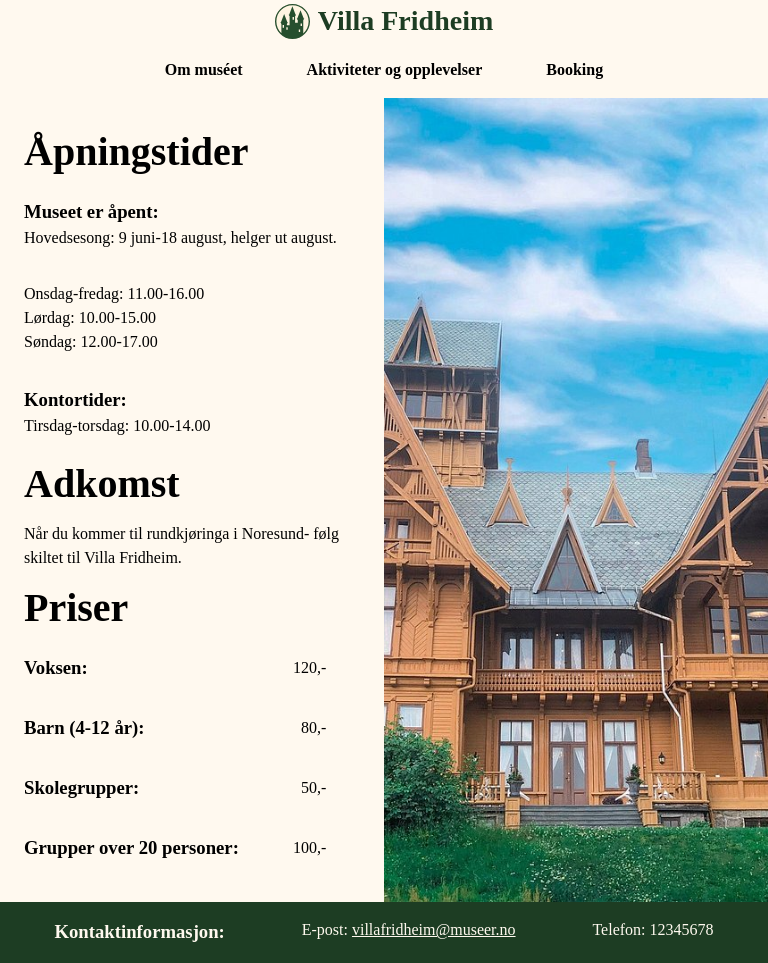
Repository: IdaHolmen/villa-fridheim
Page: src/info.html
These files come from the project's save history. The page is drawn as it stood at one moment and after the next save; the edit follows.
The browser window is 768 px wide. The pictures show the whole page.
Some web fonts or font styles are not loaded; a fallback is used.

Above is the page before, as saved 2024-10-15 14:32:23.

### src/info.html
<!DOCTYPE html>
<html lang="en">
    <head>
        <meta charset="UTF-8" />
        <meta name="viewport" content="width=device-width, initial-scale=1.0" />

        <link rel="icon" type="image/x-icon" href="../assets/villa-fridheim-logo.svg" />

        <title>Villa Fridheim</title>
        <link rel="stylesheet" type="text/css" href="../css/reset.css" />
        <link rel="stylesheet" type="text/css" href="../css/style.css" />
        <link rel="stylesheet" type="text/css" href="../css/media-queries.css" />
    </head>
    <body>
        <header>
            <div class="headline-container">
                <a href="../index.html" id="home-button">
                    <img src="../assets/villa-fridheim-logo.svg" alt="Omrisset av et eventyrslott" class="main-logo" />
                    <h1 class="main-headline">Villa Fridheim</h1>
                </a>
            </div>

            <nav class="nav-bar">
                <a href="about.html" class="nav-link">Om muséet</a>
                <a href="activities.html" class="nav-link">Aktiviteter og opplevelser</a>
                <a href="booking.html" class="nav-link">Booking</a>
            </nav>
        </header>

        <main class="main-container">
            <section class="reverse-section">
                <div class="text-container">
                    <article class="activities">
                        <h2 class="section-headline">Åpningstider</h2>
                        <div class="hours">
                            <h3>Museet er åpent:</h3>
                            <p>Hovedsesong: 9 juni-18 august, helger ut august.</p>
                        </div>

                        <div class="hours">
                            <p>Onsdag-fredag: 11.00-16.00</p>
                            <p>Lørdag: 10.00-15.00</p>
                            <p>Søndag: 12.00-17.00</p>
                        </div>

                        <div class="hours">
                            <h3>Kontortider:</h3>
                            <p>Tirsdag-torsdag: 10.00-14.00</p>
                        </div>
                    </article>

                    <article class="activities">
                        <h2 class="section-headline">Adkomst</h2>
                        <p>Når du kommer til rundkjøringa i Noresund- følg skiltet til Villa Fridheim.</p>
                    </article>

                    <article class="activities">
                        <h2 class="section-headline">Priser</h2>
                        <div class="price-element">
                            <span><h3>Voksen:</h3></span>
                            <span>120,-</span>
                        </div>
                        <div class="price-element">
                            <span><h3>Barn (4-12 år):</h3></span>
                            <span>80,-</span>
                        </div>
                        <div class="price-element">
                            <span><h3>Skolegrupper:</h3></span>
                            <span>50,-</span>
                        </div>
                        <div class="price-element">
                            <span><h3>Grupper over 20 personer:</h3></span>
                            <span>100,-</span>
                        </div>
                    </article>
                </div>

                <div class="image-container">
                    <img
                        src="../assets/outside-image3.jpg"
                        alt="A living room decorated with an 1800's style"
                        class="page-image"
                    />
                </div>
            </section>
        </main>

        <footer class="footer">
            <h3>Kontaktinformasjon:</h3>
            <p>
                E-post:
                <a href="" id="email-element">villafridheim@museer.no</a>
            </p>
            <p>Telefon: 12345678</p>
        </footer>
    </body>
</html>

### css/reset.css
*, *::before, *::after {
	box-sizing: border-box;
  }

* {
	margin: 0;
	padding: 0;
}

body {
	line-height: 1.5;
	-webkit-font-smoothing: antialiased;
}

img, picture, video, canvas, svg {
	display: block;
	max-width: 100%;
}

input, textarea, select {
	font: inherit;
}

p, h1, h2, h3, h4, h5, h6 {
	overflow-wrap: break-word;
}

#root, #__next {
	isolation: isolate;
}

button {
	font: inherit;
	background: transparent;
	border: none;
	cursor: pointer;
	touch-action: manipulation;
}

a {
	color: inherit;
	text-decoration: none;
}

### css/style.css
@import url('https://fonts.googleapis.com/css2?family=Caudex:ital,wght@0,400;0,700;1,400;1,700&display=swap');

:root {
    --primary-color: #fff9ef;
    --secondary-color: #1d3d23;
}

/* BODY STYLING */
body {
    height: 100vh;
    width: 100%;
    display: flex;
    flex-direction: column;
    background-color: var(--primary-color);
    font-family: 'Caudex', 'Times New Roman', Times, serif;
}

/* HEADER STYLING */
header {
    display: flex;
    flex-direction: row;
    justify-content: center;
    align-items: center;
    background: var(--primary-color);
    color: var(--secondary-color);
    flex-basis: 10%;
}

.headline-container {
    flex-basis: 25%;
    display: flex;
    justify-content: center;
    align-items: center;
    flex-direction: row;
}

.main-headline {
    font-size: 1.75rem;
}

.main-logo {
    height: 35px;
    width: 35px;
    margin-right: 0.5rem;
}

.nav-bar {
    flex-basis: 85%;
    display: flex;
    justify-content: space-around;
    flex-direction: row;
    text-align: center;
    margin: 0;
}

.nav-link {
    text-decoration: none;
    color: black;
    padding: 0.5rem 1.5rem;
    font-weight: bold;
    margin: 1rem;
    border-radius: 5px;
    display: flex;
    transition: transform 0.2s ease-in-out;
}

.nav-link:hover {
    box-shadow: rgba(149, 157, 165, 0.2) 0px 8px 24px;
    transform: scale(1.1);
}

.nav-link:active {
    background-color: #e3e3e3;
}

#home-symbol {
    margin-right: 0.5rem;
    width: 25px;
    height: 25px;
}

/* FRONT PAGE STYLING */
.hero-section {
    position: relative;
    height: 30rem;
    width: 100%;
}

.hero-background {
    width: 100%;
    height: 30rem;
    object-fit: contain;
}

.hero-image {
    width: 100%;
    height: 30rem;
    object-fit: cover;
}

.hero-text-container {
    position: absolute;
    top: 0;
    left: 70%;
    width: 30%;
    height: 60%;
    color: var(--primary-color);
    display: flex;
    flex-direction: column;
}

.hero-content {
    font-size: 4.5rem;
    font-weight: bold;
}

.hero-content-sub-headline {
    font-size: 2rem;
    font-weight: bold;
    font-style: italic;
}

.main-container {
    flex-basis: 85%;
    display: flex;
    flex-direction: column;
    align-items: center;
}

.about-section {
    width: 100%;
    height: 100%;
    display: flex;
}

.text-container {
    flex-basis: 50%;
    display: flex;
    flex-direction: column;
    justify-content: center;
    padding: 24px;
}

.text-container > p {
    margin: 0.5rem 0;
}

.image-container {
    flex-basis: 50%;
}

.page-image {
    height: 100%;
    object-fit: cover;
}

.link-section {
    width: 95%;
    background-color: #ffeded;
    margin-top: 4rem;
    display: flex;
    flex-direction: column;
    align-items: center;
}

.link-container-headline {
    width: 95%;
    flex-basis: 10%;
    margin: 1rem 1rem 1rem 4rem;
    padding: 0.8rem;
}

.section-headline {
    font-size: 2.5rem;
}

.link-container {
    flex-basis: 90%;
    width: 95%;
    display: flex;
    justify-content: space-around;
    align-items: center;
}

.navigation-container {
    height: 22rem;
    width: 18rem;
    margin: 1rem 1rem 2rem 1rem;
    display: flex;
    padding: 0.8rem;
    flex-direction: column;
    transition: transform 0.2s ease-in-out;
}

.navigation-container:hover {
    transform: scale(1.1);
}

.link-sub-headline {
    font-size: 1.2rem;
}

.link-image {
    object-fit: cover;
    padding: 0;
    min-height: 70%;
    margin-bottom: 0.5rem;
}

.footer-front-page {
    background-color: var(--secondary-color);
    color: var(--primary-color);
    flex-basis: 5%;
    display: flex;
    flex-direction: row;
    justify-content: space-around;
    padding: 1rem;
    font-size: 1rem;
    margin-top: 4rem;
}

/* STYLING FOR THE INTRO SECTION */
.intro-section {
    width: 95%;
    height: 16rem;
    background-color: #e2eef5;
    margin-top: 4rem;
    display: flex;
    flex-direction: column;
    align-items: center;
}

.intro-container {
    flex-basis: 90%;
    width: 95%;
    display: flex;
    flex-direction: column;
    justify-content: space-around;
    margin: 2rem;
    padding: 0.8rem;
    margin: 1rem 4rem 1rem 4rem;
}

/* STYLING FOR INFO PAGE */
.hours,
.price-element {
    margin: 1rem 0;
}

.price-element {
    width: 90%;
    display: flex;
    flex-direction: row;
    align-items: center;
    justify-content: space-between;
    font-size: 1rem;
}

/* STYLING FOR ACTIVITIES PAGE */
#home-button {
    display: flex;
    align-items: center;
}

.main-activities-container {
    flex-basis: 85%;
    display: flex;
    flex-direction: column;
    align-items: center;
}

.activities-section,
.experiences-section {
    display: flex;
    flex-direction: row;
}

.reverse-section {
    display: flex;
    flex-direction: row;
}

.activities,
.experiences {
    display: flex;
    flex-direction: column;
}

.activities > p,
.experiences > p {
    margin: 0.5rem 0;
}

.bold-text {
    font-weight: 900;
    margin: 0.5rem 0;
}

.illustration-image {
    width: 100%;
    border-radius: 3%;
}

#illustration-image-long {
    width: 90%;
    border-radius: 3%;
}

/* FOOTER */
footer {
    background-color: var(--secondary-color);
    color: var(--primary-color);
    flex-basis: 5%;
    display: flex;
    flex-direction: row;
    justify-content: space-around;
    padding: 1rem;
    font-size: 1rem;
}

a#email-element {
    text-decoration: underline;
}

/* STYLING FOR BOOKING PAGE */
.main-headline-booking {
    color: var(--primary-color);
}

.nav-link-booking {
    color: var(--primary-color);
    text-decoration: none;
    padding: 0.5rem 1.5rem;
    font-weight: bold;
    margin: 1rem;
    border-radius: 5px;
    display: flex;
    transition: transform 0.2s ease-in-out;
}

.nav-link-booking:hover {
    box-shadow: rgba(149, 157, 165, 0.2) 0px 8px 24px;
    transform: scale(1.1);
}

.booking-page-main {
    background-position: center;
    background-image: url('../assets/forest3.jpg');
    background-repeat: no-repeat;
    background-size: cover;
    background-attachment: fixed;
}

.booking-header {
    backdrop-filter: blur(60px);
    background: transparent;
}

.booking-container {
    flex-basis: 85%;
    width: 100%;
    display: flex;
    justify-content: center;
    flex-direction: column;
    align-items: center;
    background-color: rgba(0, 0, 0, 0.2);
}

.booking-form {
    position: relative;
    color: var(--primary-color);
    display: flex;
    flex-direction: column;
    align-items: center;
    height: 100%;
    width: 26rem;
    margin: 2rem;
    padding: 1rem;
    border: 2px solid #b5afaf;
    border-radius: 15px;
    backdrop-filter: blur(25px);
}

.input-field {
    width: 85%;
    height: 55px;
    color: var(--primary-color);
    background: transparent;
    padding-inline: 20px 54px;
    border-radius: 30px;
    border: 2px solid #b5afaf;
    outline: none;
    margin: 1rem 0;
}

.input-field:focus::placeholder {
    color: transparent;
}

#select-field {
    appearance: none;
    width: 85%;
    height: 55px;
    color: var(--primary-color);
    background: transparent;
    padding-inline: 20px;
    border-radius: 30px;
    border: 2px solid #b5afaf;
    cursor: pointer;
    outline: none;
    background-image: linear-gradient(45deg, transparent 50%, #fff5e1 50%),
        linear-gradient(135deg, #fff5e1 50%, transparent 50%);
    background-position: calc(100% - 20px) calc(1.3rem + 2px), calc(100% - 15px) calc(1.3rem + 2px);
    background-size: 5px 5px, 5px 5px, 1px 1.5em;
    background-repeat: no-repeat;
    margin: 1rem 0;
}

#comment-input {
    width: 85%;
    height: 6rem;
    color: var(--primary-color);
    background: transparent;
    border-radius: 10px;
    border: 2px solid #b5afaf;
    outline: none;
    padding-inline: 20px;
    margin: 1rem 0;
}

::placeholder {
    color: var(--primary-color);
}

#comment-input:focus::placeholder {
    color: transparent;
}

#submit-button {
    background-color: var(--primary-color);
    width: 8rem;
    padding: 0.5rem 1.5rem;
    font-weight: bold;
    border-radius: 30px;
    transition: transform 0.2s ease-in-out;
    margin: 0.5rem 0;
}

#submit-button:hover {
    background-color: #ffe8ba;
    transform: scale(1.1);
}

#submit-button:active {
    background-color: #d4d4d4;
}

#booking-footer {
    backdrop-filter: blur(25px);
    background: transparent;
}

### css/media-queries.css
@media screen and (max-width: 1000px) {
    header {
        flex-direction: column;
    }

    .nav-bar {
        align-items: center;
    }

    .nav-link {
        max-width: 16rem;
        margin: 0.5rem;
    }

    .hero-section {
        height: 45rem;
        background-color: var(--secondary-color);
    }

    .hero-text-container {
        top: 68%;
        left: 10%;
        width: 80%;
        height: 30%;
    }

    .hero-content {
        font-size: 3.5rem;
    }

    .about-section {
        flex-direction: column;
        align-items: center;
    }

    .main-info-container {
        flex-direction: column;
    }

    .activities-section {
        flex-direction: column-reverse;
    }

    .experiences-section {
        flex-direction: column-reverse;
    }

    .section {
        flex-direction: column-reverse;
    }

    .illustration-image {
        width: 70%;
    }

    #illustration-image-long {
        width: 60%;
    }

    .link-container {
        width: 70%;
        flex-wrap: wrap;
    }
}

@media screen and (max-width: 930px) {
    .link-container {
        width: 80%;
    }

    .navigation-container {
        width: 15rem;
        height: 18rem;
    }
}

@media screen and (max-width: 700px) {
    .footer,
    .footer-front-page {
        flex-direction: column;
        align-items: center;
    }

    .nav-bar {
        flex-direction: column;
    }

    .link-section,
    .intro-section {
        width: 100%;
    }

    .illustration-image {
        width: 100%;
    }

    #illustration-image-long {
        width: 80%;
    }

    .link-container {
        width: 100%;
    }
}

@media screen and (max-width: 500px) {
    .booking-form {
        width: 20rem;
    }

    .hero-content-sub-headline {
        font-size: 1.5rem;
    }

    .intro-section {
        height: 20rem;
    }
}

After the next save:
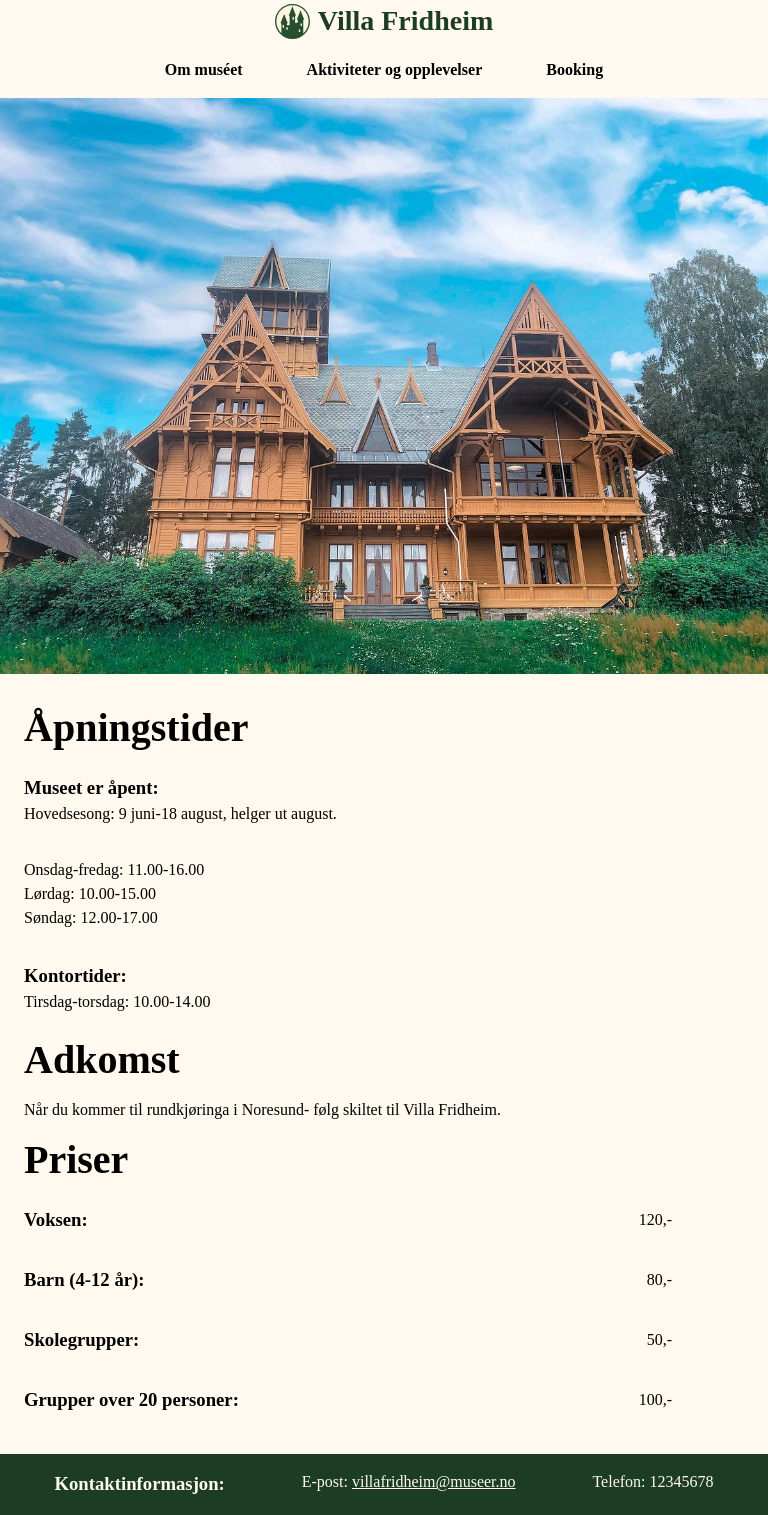
Saved 2 min 17 s later.
--- a/css/media-queries.css
+++ b/css/media-queries.css
@@ -45,7 +45,7 @@
         flex-direction: column-reverse;
     }
 
-    .section {
+    .reverse-section {
         flex-direction: column-reverse;
     }
 
